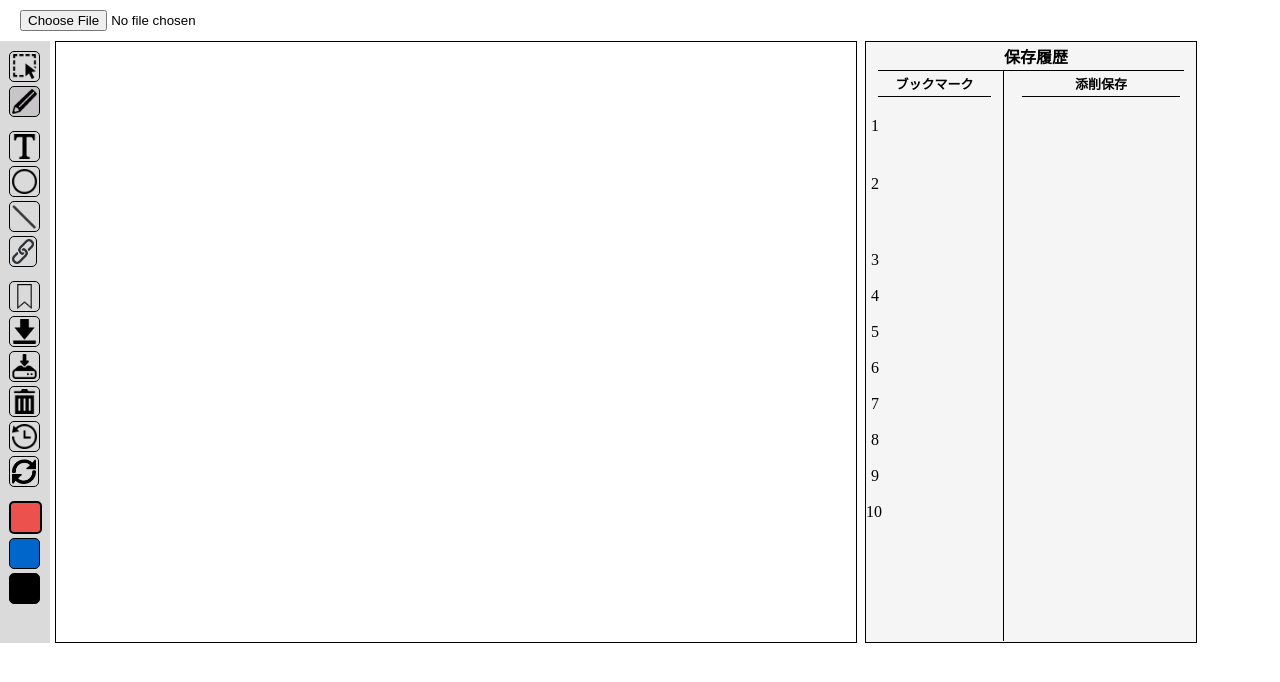
Repository: k-murakami18/canvas_v2
Page: index.html
The author's editor kept a copy of each file at every save. The page is drawn from the files as they stood at one save, then again after the next save.
The browser window is 1280 px wide. The pictures show the whole page.

Above is the page before, as saved 2021-01-18 14:48:31.

### index.html
<!DOCTYPE html>
<html lang="en">
<head>
  <meta charset="UTF-8">
  <title>添削支援システム</title>
  <link rel="stylesheet" href="css/jquery-ui-1.8.16.custom.css" />
  <link rel="stylesheet" href="./style.css">
  <link rel="stylesheet" href="https://cdn.jsdelivr.net/npm/simplebar@latest/dist/simplebar.css">
  <script src="//cdnjs.cloudflare.com/ajax/libs/jspdf/1.3.3/jspdf.min.js"></script>
  <script src="js/jquery.1.6.4.min.js"></script>
  <script src="js/jquery-ui-1.8.16.custom.min.js"></script>
  <script type="text/javascript" src="./dist/fabric.js"></script>
  <script type="text/javascript" src="./dist/fabric.min.js"></script>
</head>

<body onContextmenu="return false;">
  <div style="float: left; margin-bottom: 10px;">
    <!--ローカル画像ファイルの選択-->
    <form>
      <input type="file" id="file" value="selectImage" accept="image/*">
    </form>
  </div>
  <div style="clear:left;"></div>

  <!--ボタンエリア-->
  <div data-simplebar class="button_container" style="float: left;">
    <input id="select" type="image" src="img/select.png" class="btn-box select" title="選択">
    <input id="draw" type="image" src="img/draw.png" class="btn-box aaa" title="フリーハンド">

    <input id="textbox" type="image" src="img/textbox.png" class="btn_box margin" title="テキストボックス">
    <input id="circle" type="image" src="img/circle.png" class="btn_box aaa" title="円">
    <input id="line" type="image" src="img/line.png" class="btn_box aaa" title="直線">
    <input id="hyper_link" type="image" src="img/link.png" class="btn_box aaa" title="ハイパーリンク">

    <input id="bookmark" type="image" src="img/bookmark.png" class="btn_box margin" title="ブックマークに保存">
    <input id="draw_save" type="image" src="img/draw_save.png" class="btn_box aaa" title="添削保存に保存">
    <input id="canvas_save" type="image" src="img/canvas_save.png" class="btn_box aaa" title="キャンバスの保存">
    <input id="draw_dlt" type="image" src="img/draw_dlt.png" class="btn_box aaa" title="削除">
    <input id="history_dlt" type="image" src="img/history_dlt.png" class="btn_box aaa" title="保存履歴の削除">
    <input id="canvas_dlt" type="image" src="img/canvas_dlt.png" class="btn_box aaa" title="キャンバスクリア">

    <div id="setColor">
      <li class="setColor btn_box red margin" style="background-color:#ed514e;"></li>
      <li class="setColor btn_box aaa" style="background-color:#0066CC;"></li>
      <li class="setColor btn_box_black aaa" style="background-color:black;"></li>
    </div>
    <a id="download_link"></a>
  </div>

  <!--描画キャンパス-->
  <div style="float:left;">
    <canvas id="canvas" width="800" height="600"></canvas>
  </div>

  <!--保存履歴-->
  <div class="history_container" style="float: left;">
    <p id="title_tmpList">保存履歴</p>
    <div class="hr"></div>

    <div id="bookmark_tmp" style="width: 137px; float: left;">
      <p class="subtitle_tmpList">ブックマーク</p>
      <div class="hr2"></div>
      <div id="number" style="list-style: none;float: left;">
        <li>
          <p class="mrg-left mrg-top">1</p>
        </li>
        <li>
          <p class="mrg-left">2</p>
        </li>
        <br>
        <li><span class="mrg-left">3</span></li>
        <br>
        <li><span class="mrg-left">4</span></li>
        <br>
        <li><span class="mrg-left">5</span></li>
        <br>
        <li><span class="mrg-left">6</span></li>
        <br>
        <li><span class="mrg-left">7</span></li>
        <br>
        <li><span class="mrg-left">8</span></li>
        <br>
        <li><span class="mrg-left">9</span></li>
        <br>
        <li>10</li>
      </div>
      <div data-simplebar id="bookmark_viewpanel" style="float: left;">
        <div id="bookmark_tmpList">
        </div>
      </div>
    </div>

    <div style="width: 190px; float: right;">
      <p class="subtitle_tmpList">添削保存</p>
      <div class="hr2"></div>
      <div data-simplebar id="normal_viewpanel">
        <div id="normal_tmpList">
        </div>
      </div>
    </div>
  </div>

  <div style="clear:left;"></div>

  <script src="./script.js"></script>
  <script src="https://cdn.jsdelivr.net/npm/simplebar@latest/dist/simplebar.js"></script>
</body>
</html>

### style.css
body{
  margin:0;
}

/*タイトルコンテナ*/
.title_container{
  width: 100%;
  height: 150px;
  font-size: 20px;
  display: flex;
  background-color: #A7A7A7;
  justify-content: center; /*左右中央*/
  align-items: center; /*上下中央*/
  margin-bottom: 100px;
  margin-left: 0;
  margin-right: 0;
}

.subtitle_container{
  width: 100%;
  height: 80px;
  font-size: 15px;
  display: flex;
  background-color: #A7A7A7;
  justify-content: center; /*左右中央*/
  align-items: center; /*上下中央*/
  margin-left: 0;
  margin-right: 0;
}

/*ボタンコンテナ*/
.button_container{
  width: 50px;
  height: 602px;
  background-color: #DADADA;
  margin-bottom: 5px;
  margin-right: 5px;
}

/*各ボタンの設定*/
.btn-box,.btn_box{
  display: inline-block;
  widows: 25px;
  height: 25px;
  border: 1px black solid;
  padding: 2px;
  border-radius: 5px;
}
.btn_box_black{
  display: inline-block;
  widows: 25px;
  height: 25px;
  border: 1px white solid;
  padding: 2px;
  border-radius: 5px;
}
.select{
  margin-top: 10px;
  margin-left: 9px;
}
.aaa{
  margin-top: 0px;
  margin-left: 9px;
}
.margin{
  margin-top: 10px;
  margin-left: 9px;
}

/*ボタン枠線削除*/
input:focus {
	outline:0;
}

/*キャンバス*/
canvas {
	position: relative;
	border:1px solid #000;
}

/*保存履歴コンテナ*/
.history_container{
  height: 600px;
  width: 330px;
  background-color: whitesmoke;
  border: 1px solid black;
  margin-left: 10px;
}

/*保存履歴タイトル*/
#title_tmpList{
  margin-top: 2px;
  margin-left: 10px;
  margin-bottom: 2px;
  font-weight: bolder;
  text-align: center;
}
.subtitle_tmpList{
  margin-top: 3px;
  margin-bottom: 3px;
  font-weight: bolder;
  font-size: 13px;
  text-align: center;
}

/*「保存履歴」の下線*/
.hr{
  border-bottom: 1px solid black;
  width: 93%;
  margin-left: auto;
  margin-right: auto;
}
/*「ブックマーク」「添削保存」の下線*/
.hr2{
  border-bottom: 1px solid black;
  width: 83%;
  margin-left: auto;
  margin-right: auto;
}

#bookmark_viewpanel{
  height: 539px;
  width: 100px;
  background-color: whitesmoke;
  margin-top: 5px;
}

#normal_viewpanel{
  height: 539px;
  width: 190px;
  background-color: whitesmoke;
  margin-top: 5px;
}

#bookmark_tmp{
  border-right: 1px solid black;
}

.tmpImage{
  border: 1px solid black;
  margin-left: 10px;
}

#setColor li{
  display: inline-block;
  width: 25px;
  height: 25px;
  border:1px solid #000;
}

.button{
  height: 100px;
  font-size: 20px;
  font-weight: bold;
  margin: auto;
  display: flex;
  justify-content: center;
  align-items: center;
  text-decoration: none;
  background: #f7f7f7;
  color: black;/*文字色*/
  font-weight: bold;
  box-shadow: 0px 2px 2px rgba(0, 0, 0, 0.29);
}
.button:active {
  box-shadow: inset 0 0 2px rgba(128, 128, 128, 0.1);
  transform: translateY(2px);
}

#anno_btn{
  width: 150px;
  padding-left: 50px;
  padding-right: 50px;
}
#oth_teacher_btn{
  width: 200px;
  padding-left: 20px;
  padding-right: 20px;
}
#submit_btn{
  width: 200px;
  padding-left: 30px;
  padding-right: 30px;
}
body .btn_name{
  display: flex;
  justify-content: center;
}

#preview img {
  width: 400px;
  margin: 20px;
  border: solid 0.5px gray ;
}

#file{
  margin-top: 10px;
  margin-left: 20px;
}

#table{
  text-align: center;
  border: solid 1px gray ;
  margin: auto;
  margin-top: 20px;
}

.teacher_preview img{
  width: 100px;
  margin-top: 60px;
  margin-left: 50px;
  margin-bottom: 0;
}
.teacher_preview p{
  margin-top: 0;
  margin-left: 75px;
}
.mrg-left{
  margin-top: 20px;
  margin-left: 5px;
  margin-bottom: 40px;
}

### script.js
$(function () {

  var canvas = new fabric.Canvas('canvas');
  canvas.isDrawingMode = true;
  canvas.freeDrawingBrush.color = "#ed514e";
  canvas.freeDrawingBrush.width = 3;

  $("#draw").css("background-color", "#c7c5c7");  //起動時に描画モードの背景を変える
  $(".red").css("border-width", "2px");           //起動時にペンの色の赤の枠線を変える

  var group;
  var data;
  var link;
  var strokeStyle = "#ed514e";
  var bookmark_tmpList = $("#bookmark_tmpList");
  var normal_tmpList = $("#normal_tmpList");
  var prefix = "12345678";
  var canvas_save = document.getElementById('canvas');
  var downloadLink = document.getElementById('download_link');
  var filename = 'download.png';

  //背景表示
  document.getElementById('file').addEventListener("change", function (e) {
    var file = e.target.files[0];
    var reader = new FileReader();
    reader.onload = function (f) {
      var data = f.target.result;
      fabric.Image.fromURL(data, function (img) {
        var oImg = img.set({ left: 0, top: 0, angle: 00 }).scale(1);
        img.scaleToWidth(canvas.width);
        img.scaleToHeight(canvas.height);
        canvas.setBackgroundImage(img, canvas.renderAll.bind(canvas), {
          left: (canvas.width - img.width * img.scaleX) / 2
        });
        oImg.set({
          selectable: false    // 選択させない
        });
        canvas.clear();
        canvas.add(oImg).renderAll();
      });
    };
    reader.readAsDataURL(file);
  });

  //選択モード
  document.getElementById('select').addEventListener("click", function () {
    canvas.isDrawingMode = false
  }, false);

  //描画モード
  document.getElementById('draw').addEventListener("click", function () {
    canvas.isDrawingMode = true
  }, false);

  //テキストボックス
  document.getElementById('textbox').addEventListener("click", function () {
    canvas.isDrawingMode = false;
    $(".btn-box").css("background-color", "");
    $("#select").css("background-color", "#c7c5c7");
    canvas.add(new fabric.IText('クリックして編集', {
      left: 0,
      top: 0,
      fontFamily: 'MS Gothic',
      fill: strokeStyle,
      fontSize: 20
    }, false));
  });

  //円
  document.getElementById('circle').addEventListener("click", function () {
    canvas.isDrawingMode = false;
    $(".btn-box").css("background-color", "");
    $("#select").css("background-color", "#c7c5c7");
    canvas.add(new fabric.Circle({
      left: 0,
      top: 0,
      stroke: strokeStyle,
      strokeWidth: 2,
      radius: 50,
      fill: 'rgba(0,0,0,0)'
    }, false));
  });

  //直線
  document.getElementById('line').addEventListener("click", function () {
    canvas.isDrawingMode = false;
    $(".btn-box").css("background-color", "");
    $("#select").css("background-color", "#c7c5c7");
    canvas.add(new fabric.Line([50, 100, 150, 200], {
      left: 0,
      top: 0,
      strokeWidth: 2,
      stroke: strokeStyle
    }, false));
  });

  //ハイパーリンク
  document.getElementById('hyper_link').addEventListener("click", function () {
    canvas.isDrawingMode = false;
    $(".btn-box").css("background-color", "");
    $("#select").css("background-color", "#c7c5c7");
  });

  //選択箇所保存
  document.getElementById('draw_save').addEventListener("click", function () {
    group = canvas.getActiveObject()
    data = group.toDataURL();
    //canvas.getActiveObject().toActiveSelection();

    for (var i = 1; i <= 100; i++) {
      if (!window.localStorage.getItem(prefix + "tmpData" + i)) {
        break;
      }
    }
    if (i > 100) {
      alert("一時保存領域が一杯です。");
      return;
    }
    window.localStorage.setItem("12345678tmpData" + i, data);
    NormalloadTmpList();

    canvas.requestRenderAll();
  }, false);

  //履歴表示
  var NormalloadTmpList = function () {
    normal_tmpList.get(0).innerHTML = "";
    var timer = null;
    if (window.localStorage) {
      for (var i = 1; i <= 100; i++) {
        data = window.localStorage.getItem(prefix + "tmpData" + i);
        if (data) {
          var image = new Image();
          image.src = data;
          image.index = i;
          image.onload = function () {
            this.width = 71;//85
            this.height = 46;//60
            this.className = "tmpImage";
            normal_tmpList.get(0).prepend(this);
          };
          //履歴を1秒以上クリックした時に削除
          // image.onclick = function () {
          //   var img = this;
          //   timer = setTimeout(function () {
          //     if (confirm("削除しますか？")) {
          //       window.localStorage.removeItem(prefix + "tmpData" + img.index);
          //       for (var i = (img.index + 1); i <= 100; i++) {
          //         data = window.localStorage.getItem(prefix + "tmpData" + i);
          //         window.localStorage.removeItem(prefix + "tmpData" + i);
          //         if (!data) {
          //           break;
          //         }
          //         window.localStorage.setItem(prefix + "tmpData" + (i - 1), data);
          //       }
          //       NormalloadTmpList();
          //     }
          //   }, 2000);
          // }
          $("#normal_viewpane; img").click(function () {
            $("normal_tmpList", this).css("border-width", "1px");
          });
          //履歴をクリックした時キャンバスに描画
          image.ondblclick = function () {
            var img = this.src;
            clearTimeout(timer);
            fabric.Image.fromURL(img, function (oImg) {
              oImg.scale(1);
              canvas.add(oImg);
              i = i + 100;
            });
          }
        }
      }
    }
  }
  NormalloadTmpList();

  //選択箇所削除
  document.getElementById('draw_dlt').addEventListener("click", function deleteBtn() {
    var activeObjects = canvas.getActiveObjects();
    canvas.discardActiveObject()
    if (activeObjects.length) {
      canvas.remove.apply(canvas, activeObjects);
    }
  }, false);

  //履歴削除
  document.getElementById('history_dlt').addEventListener("click", function deleteBtn() {
    if (confirm("保存履歴を削除しますか？")) {
      window.localStorage.clear();
      NormalloadTmpList();
    }
  }, false);

  //キャンバスクリア
  document.getElementById('canvas_dlt').addEventListener("click", function () {
    canvas.clear();
  }, false);

  //キャンバス全体を保存
  document.getElementById('canvas_save').addEventListener('click', function () {
    var dataURI = canvas.toDataURL("image/jpeg");
    var pdf = new jsPDF();
    var width = pdf.internal.pageSize.width;
    pdf.addImage(dataURI, 'JPEG', 0, 0, width, 0);
    pdf.save('test.pdf')
  });

  //ペンの色・枠線変更
  $(".setColor").click(function () {
    canvas.freeDrawingBrush.color = $(this).css('background-color');
    strokeStyle = $(this).css('background-color');
    $(".setColor").css("border-width", "");
    $(this).css("border-width", "2px");
    canvas.isDrawingMode = true;
    $(".btn-box").css("background-color", "");
    $("#draw").css("background-color", "#c7c5c7");
  });

  //選択・描画ボタンの背景色変更
  $(".btn-box").click(function () {
    $(".btn-box").css("background-color", "");
    $(this).css("background-color", "#c7c5c7");
  });

  //tmpListのスクロール化
  document.getElementById('myElement'), {
    autoHide: false
  };
});

Loaded but not shown: css/jquery-ui-1.8.16.custom.css (library); js/jquery.1.6.4.min.js (library); js/jquery-ui-1.8.16.custom.min.js (library); dist/fabric.js (library); dist/fabric.min.js (library)

After the next save:
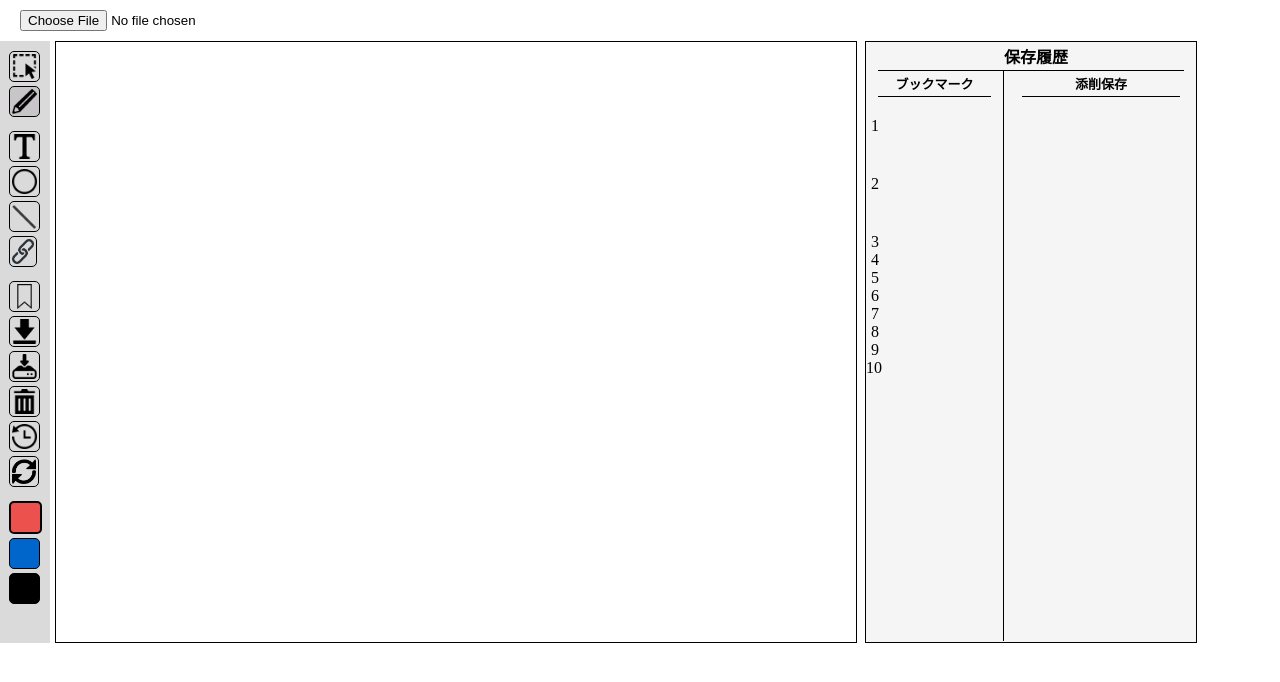
Saved 27 s later.
--- a/index.html
+++ b/index.html
@@ -67,21 +67,18 @@
         <li>
           <p class="mrg-left">2</p>
         </li>
-        <br>
         <li><span class="mrg-left">3</span></li>
-        <br>
         <li><span class="mrg-left">4</span></li>
-        <br>
         <li><span class="mrg-left">5</span></li>
-        <br>
+
         <li><span class="mrg-left">6</span></li>
-        <br>
+
         <li><span class="mrg-left">7</span></li>
-        <br>
+
         <li><span class="mrg-left">8</span></li>
-        <br>
+
         <li><span class="mrg-left">9</span></li>
-        <br>
+
         <li>10</li>
       </div>
       <div data-simplebar id="bookmark_viewpanel" style="float: left;">
